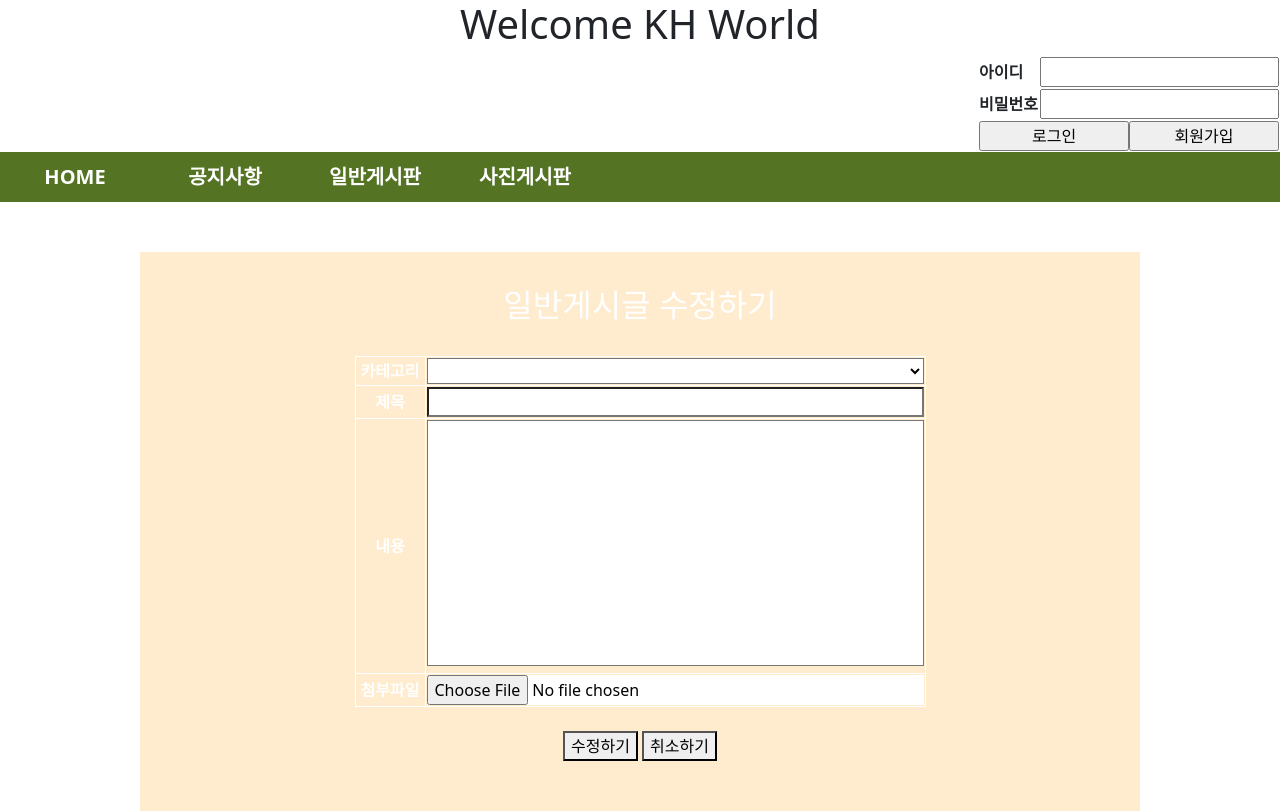
Repository: eru2/Study
Page: http://localhost/JspProject/views/board/boardUpdateForm.jsp
The author's editor kept a copy of each file at every save. The page is drawn from the files as they stood at one save, then again after the next save.
The browser window is 1280 px wide. The pictures show the whole page.
The page is served by Tomcat 10. Other server files are loaded and not shown. The template is opened directly, without the code that normally fills it, so the values that code supplies are empty.

Above is the page before, as saved 2025-03-04 01:08:30.

### 07_JSP/JspProject/src/main/webapp/views/board/boardUpdateForm.jsp
<%@ page language="java" contentType="text/html; charset=UTF-8" pageEncoding="UTF-8" %>
<%@ taglib prefix="c" uri="http://java.sun.com/jsp/jstl/core" %>

<!DOCTYPE html>
<html>

<head>
	<meta charset="UTF-8">
	<title>Insert title here</title>
	<style>
		.outer {
			background: blanchedalmond;
			color: white;
			width: 1000PX;
			margin: auto;
			margin-top: 50px;
			padding: 10px 0px 50px;
		}

		.list-area{
            border: 1px solid white;
            text-align: center;
        }

        .list-area td, .list-area th{
            border: 1px solid white;
        }

		.list-area select, .list-area input, .list-area textarea{
			width: 100%;
			box-sizing: border-box;
			background: #ffffff;
    		color: black;
		}
	</style>
</head>

<body>
	<%@ include file="../common/menubar.jsp" %>

	<div class="outer">
		<br>
		<h2 align="center">일반게시글 수정하기</h2>
		<br>

		<form action="${pageContext.request.contextPath}/update.bo" method="post" enctype="multipart/form-data">
			<input type="hidden" name="bno" value="${b.boardNo}">
			<table align="center" class="list-area">
				<tr>
					<th width="70">카테고리</th>
					<td width="500">
						<select name="category">
							<c:forEach var="c" items="${list}">
								<c:choose>
									<c:when test="${c.categoryNo == b.categoryNo}">
										<option value="${c.categoryNo}" selected>${c.categoryName}</option>
									</c:when>
									<c:otherwise>
										<option value="${c.categoryNo}">${c.categoryName}</option>
									</c:otherwise>
								</c:choose>
							</c:forEach>
						</select>
					</td>
				</tr>
				<tr>
					<th>제목</th>
					<td>
						<input type="text" name="title" required value="${b.boardTitle}">
					</td>
				</tr>
				<tr>
					<th>내용</th>
					<td>
						<textarea name="content" rows="10" style="resize: none;">${b.boardContent}</textarea>
					</td>
				</tr>
				<tr>
					<th>첨부파일</th>
					<td>
						<c:if test="${at != null}">
							${at.originName}
							<input type="hidden" name="originFileNo" value="${at.fileNo}">
						</c:if>
						<input type="file" name="upfile">
					</td>
				</tr>
			</table>

			<br>

			<div align="center">
				<button type="submit">수정하기</button>
				<button type="reset">취소하기</button>
			</div>
		</form>
	</div>
</body>

</html>

### 07_JSP/JspProject/src/main/webapp/views/common/menubar.jsp
<%@ page language="java" contentType="text/html; charset=UTF-8"
    pageEncoding="UTF-8"%>
    <%@ taglib prefix="c" uri="http://java.sun.com/jsp/jstl/core" %>
<!DOCTYPE html>
<html>
<head>
    <meta charset="UTF-8">
    <meta name="viewport" content="width=device-width, initial-scale=1.0">
    <title>Insert title here</title>
    <!-- 부트스트랩 5.3.3 -->
    <link href="https://cdn.jsdelivr.net/npm/bootstrap@5.3.3/dist/css/bootstrap.min.css" rel="stylesheet">
    <script src="https://cdn.jsdelivr.net/npm/bootstrap@5.3.3/dist/js/bootstrap.bundle.min.js"></script>
    <!-- jQuery -->
    <script src="https://ajax.googleapis.com/ajax/libs/jquery/3.7.1/jquery.min.js"></script>

    <style>
        a{
            text-decoration: none;
            color: black;
        }
        .login-area > *{
            float: right;

        }

        .login-area input[type="button"],
        .login-area input[type="submit"]{
            width: 50%;
            float: left;
        }

        .nav-area{
            background: rgb(84, 116, 36);
        }
        .menu{
            display: table-cell;
            width: 150px;
            height: 50px;
        }
        .menu a{
            color: white;
            font-size: 20px;
            font-weight: bold;
            text-align: center;
            width: 100%;
            height: 100%;
            line-height: 50px;
            display: inline-block;
        }
    </style>
</head>
<body>
	<c:if test="${not empty alertMsg}">
	<script>
		alert("${alertMsg}")
	</script>
	<c:remove var="alertMsg" />
	</c:if>
	 <h1 align="center">Welcome KH World</h1>
	    <div class="login-area">
		    <c:choose>
		    	<c:when test="${empty sessionScope.loginUser }">
		        <!-- 로그인 전 -->
		        <form action="${pageContext.request.contextPath}/login.me" method="post">
		            <table>
		                <tr>
		                    <th>아이디</th>
		                    <td><input type="text" name="userId" required></td>
		                </tr>
		                <tr>
		                    <th>비밀번호</th>
		                    <td><input type="password" name="userPwd" required></td>
		                </tr>
		                <tr>
		                    <th colspan="2">
		                        <input type="submit" value="로그인">
		                        <input type="button" value="회원가입" onclick="enrollPage();">
		                    </th>
		                </tr>
		            </table>
		        </form>
		        <script>
		        	function enrollPage(){
		        		//location.href = "${pageContext.request.contextPath}/views/member/memberEnrollForm.jsp";
		        		//웹 애플리케이션의 디렉토리구조가 url에 노출되면 보안에 취약해진다.

		        		location.href = "${pageContext.request.contextPath}/enrollForm.me";
		        		//단순한 페이지 요청도 servlet을 거쳐갈 것(즉, url에는 서블릿 맵핑값만 나타나도록)
		        	}
		        </script>
		        </c:when>
		        <c:otherwise>
		        	<div>
		        		<b>${loginUser.userName}님</b>의 방문을 환영합니다. <br><br>
		        		<div>
		        			<a href="${pageContext.request.contextPath}/myPage.me">마이페이지</a>
		        			<a href="${pageContext.request.contextPath}/logout.me">로그아웃</a>
		        		</div>
		        	</div>
		        </c:otherwise>
		    </c:choose>
	    </div>

    <br clear="both">
    <div class="nav-area">
        <div class="menu"><a href="${pageContext.request.contextPath}">HOME</a></div>
        <div class="menu"><a href="${pageContext.request.contextPath}/notice.bo?cpage=1">공지사항</a></div>
        <div class="menu"><a href="${pageContext.request.contextPath}/list.bo?cpage=1">일반게시판</a></div>
        <div class="menu"><a href="">사진게시판</a></div>
    </div>
</body>
</html>

After the next save:
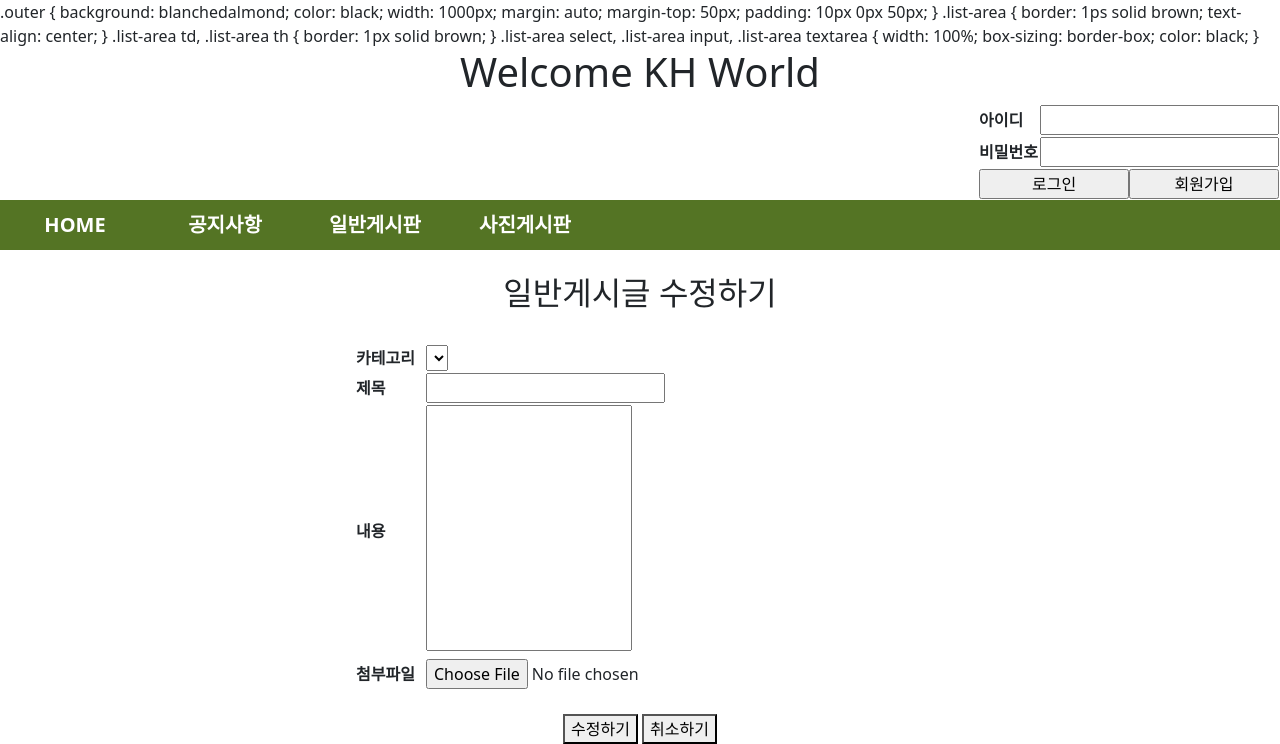
Saved 14 s later.
--- a/07_JSP/JspProject/src/main/webapp/views/board/boardUpdateForm.jsp
+++ b/07_JSP/JspProject/src/main/webapp/views/board/boardUpdateForm.jsp
@@ -5,33 +5,29 @@
 <html>
 
 <head>
-	<meta charset="UTF-8">
-	<title>Insert title here</title>
-	<style>
-		.outer {
-			background: blanchedalmond;
-			color: white;
-			width: 1000PX;
-			margin: auto;
-			margin-top: 50px;
-			padding: 10px 0px 50px;
-		}
+.outer {
+	background: blanchedalmond;
+	color: black;
+	width: 1000px;
+	margin: auto;
+	margin-top: 50px;
+	padding: 10px 0px 50px;
+}
 
-		.list-area{
-            border: 1px solid white;
-            text-align: center;
-        }
+.list-area {
+	border: 1ps solid brown;
+	text-align: center;
+}
 
-        .list-area td, .list-area th{
-            border: 1px solid white;
-        }
+.list-area td, .list-area th {
+	border: 1px solid brown;
+}
 
-		.list-area select, .list-area input, .list-area textarea{
-			width: 100%;
-			box-sizing: border-box;
-			background: #ffffff;
-    		color: black;
-		}
+.list-area select, .list-area input, .list-area textarea {
+	width: 100%;
+	box-sizing: border-box;
+	color: black;
+}
 	</style>
 </head>
 

After the save that followed:
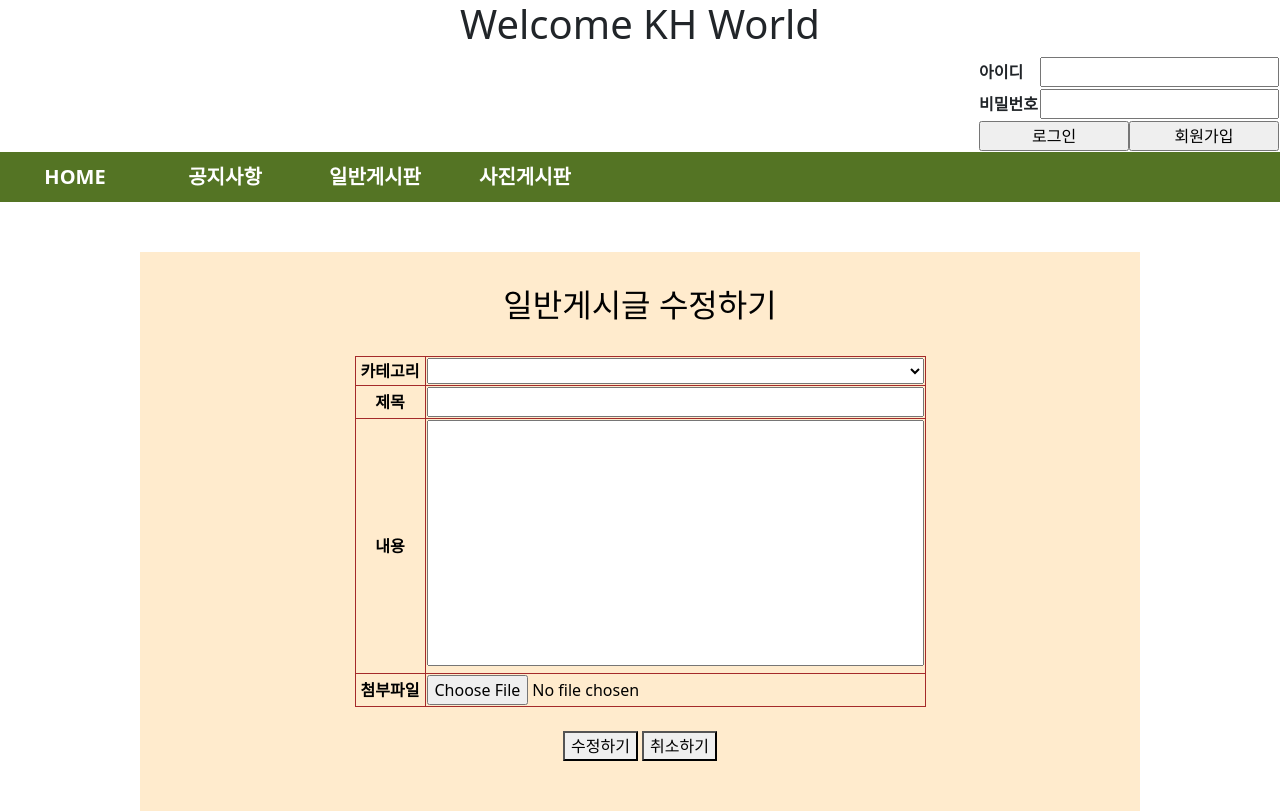
Saved 12 s later.
--- a/07_JSP/JspProject/src/main/webapp/views/board/boardUpdateForm.jsp
+++ b/07_JSP/JspProject/src/main/webapp/views/board/boardUpdateForm.jsp
@@ -5,6 +5,7 @@
 <html>
 
 <head>
+<style>
 .outer {
 	background: blanchedalmond;
 	color: black;
